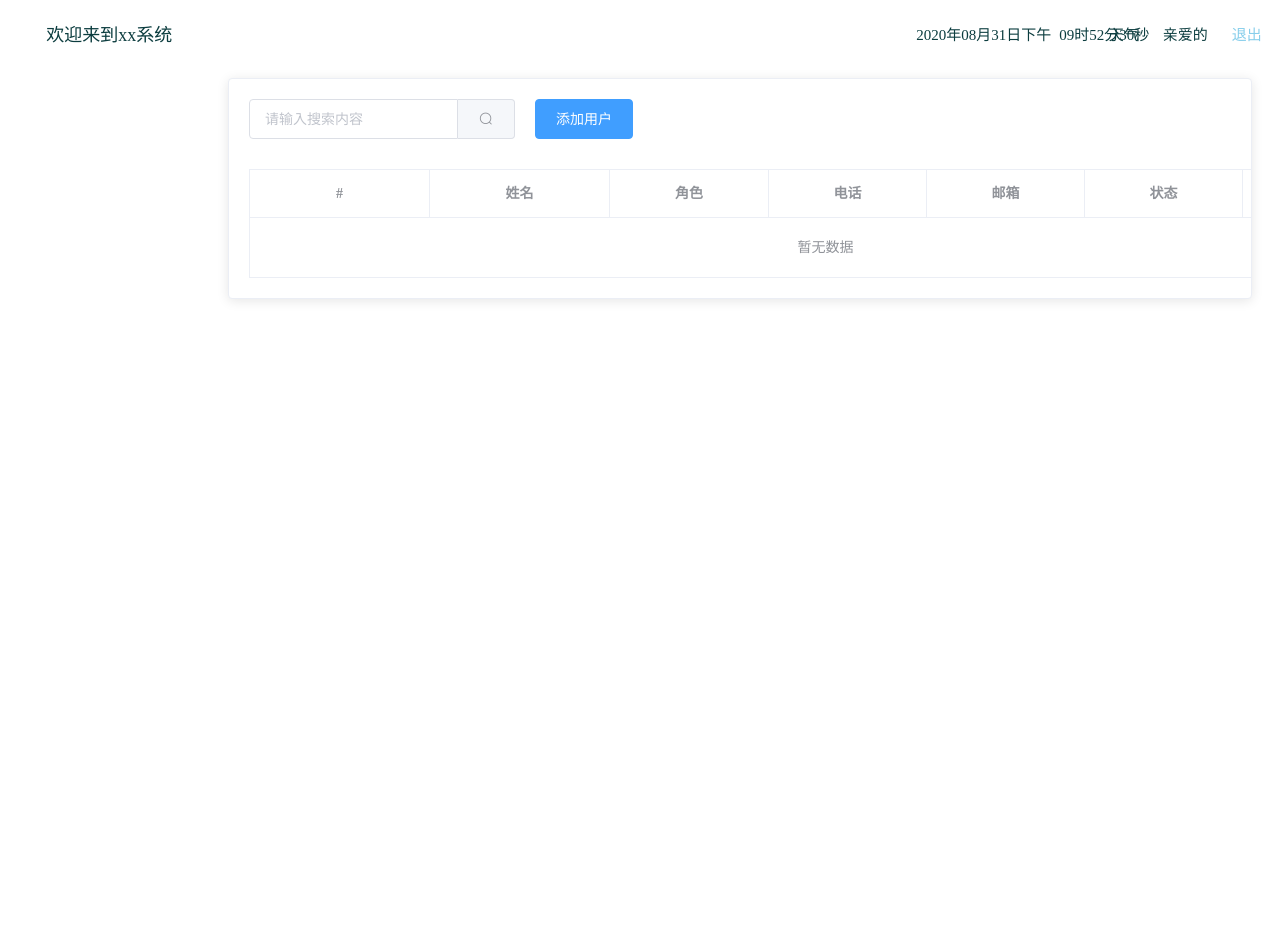
Repository: 2510699771/background-system
Page: /users/users
These files come from the project's save history. The page is drawn as it stood at one moment and after the next save; the edit follows.
The browser window is 1280 px wide. The pictures show the whole page.
The page's requests for data from a server got no answer. The project was rebuilt for these pictures with package versions that can differ from the ones it lists, and the page was loaded fresh each time. No one was signed in, and anything a server would have sent is missing. Also part of the build but not shown: vue.config.js, src/views/Home.vue.

Above is the page before, as saved 2020-08-31 21:56:10.

After the next save:
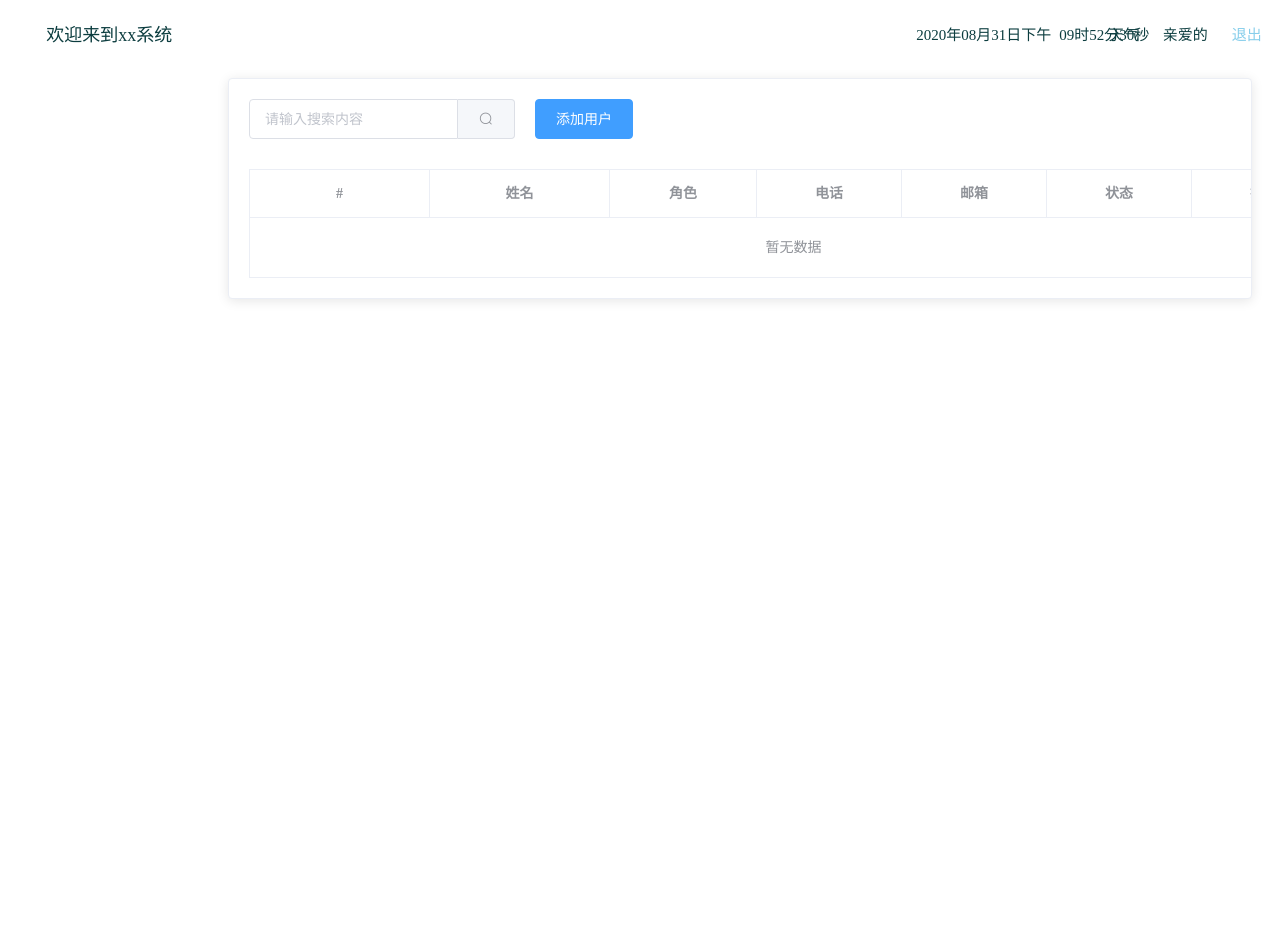
Saved 5 s later.
--- a/src/views/UserList/UserList.vue
+++ b/src/views/UserList/UserList.vue
@@ -7,7 +7,7 @@
         </el-input>
         <el-button type="primary" style="margin-left:20px">添加用户</el-button>
       </div>
-      <div style="width:90vw;margin-top:30px">
+      <div style="width:85vw;margin-top:30px">
         <el-table :data="userslist" border style="width: 100%" stripe>
           <el-table-column prop="date" label="#" width="180" type="index" align="center"></el-table-column>
           <el-table-column prop="username" label="姓名" width="180" align="center"></el-table-column>
